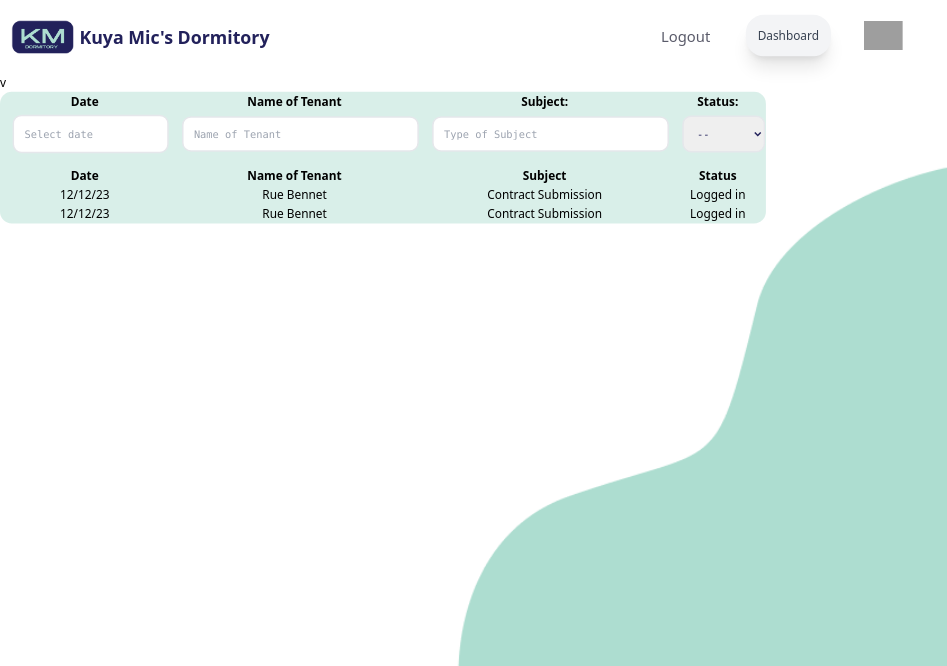
Repository: theamgri/Dormitory-Management-System
Page: logstatus.html
These files come from the project's save history. The page is drawn as it stood at one moment and after the next save; the edit follows.
The browser window is 1280 px wide. The pictures show the whole page, at 74% of full size.
Pictures or frames that could not be fetched are drawn as grey boxes. Some web libraries are served in a nearby version.

Above is the page before, as saved 2023-02-27 23:27:05.

### logstatus.html
<!DOCTYPE html>
<html lang="en">
<head>
    <script src="https://cdn.tailwindcss.com"></script>
    <script src="https://unpkg.com/flowbite@1.5.5/dist/datepicker.js"></script>
    <meta charset="UTF-8">
    <meta http-equiv="X-UA-Compatible" content="IE=edge">
    <meta name="viewport" content="width=device-width, initial-scale=1.0">
    <link rel="icon" type="image/x-icon" href="/assets/logo.png">
    <title>Tenant Log Status</title>


    <nav class="bg-white border-gray-200 px-2 lg:px-4 py-1 rounded dark:bg-gray-100">
        <div class="container flex flex-wrap items-center justify-between mx-auto">
          <a href="https://flowbite.com/" class="flex items-left">
              <img src="/assets/logo.png" class="h-11" alt="KM Logo" />
              <span class="self-center align-middle pl-2 text-2xl font-Montserrat font-bold whitespace-nowrap" style="color: #22215B">Kuya Mic's Dormitory </span>
          </a>

          <button data-collapse-toggle="navbar-default" type="button" class="inline-flex items-center p-2 ml-3 text-sm text-gray-500 rounded-lg md:hidden hover:bg-gray-100 focus:outline-none focus:ring-2 focus:ring-gray-200 dark:text-gray-400 dark:hover:bg-gray-700 dark:focus:ring-gray-600" aria-controls="navbar-default" aria-expanded="false">
          <svg class="w-6 h-6" aria-hidden="true" fill="currentColor" viewBox="0 0 20 20" xmlns="http://www.w3.org/2000/svg"><path fill-rule="evenodd" d="M3 5a1 1 0 011-1h12a1 1 0 110 2H4a1 1 0 01-1-1zM3 10a1 1 0 011-1h12a1 1 0 110 2H4a1 1 0 01-1-1zM3 15a1 1 0 011-1h12a1 1 0 110 2H4a1 1 0 01-1-1z" clip-rule="evenodd"></path></svg>
          </button>
          <div class="hidden w-full md:block md:w-auto" id="navbar-default">
            <ul class="flex flex-col p-4 mt-4 border border-gray-100 rounded-lg md:flex-row md:space-x-8 md:mt-0 md:text-sm md:font-medium md:border-0">
              <li>
                <a href="login.html" class="block bg-blue-700 font-Montserrat rounded text-xl md:bg-transparent md:text-blue-700 md:p-4" aria-current="page" style="color: #5A5B6A">Logout</a>
              </li>
              <li>
                <a href="home.html" class="block shadow-xl bg-gray-100 font-Montserrat rounded-3xl text-base md:text-gray-700 md:p-4" aria-current="page">Dashboard</a>
              </li>
              <li>
                <a href="#" class="block py-2 pl-3 pr-4" aria-current="page"><img src="https://icones.pro/wp-content/uploads/2021/02/icone-utilisateur-gris.png" class="h-1 mr-3 sm:h-10" alt="KM Logo" /></a>
              </li>
            </ul>
          </div>

        </div>
      </nav>
</head>
<body>
    <div class="w-full bg-cover bg-bottom" style="height: 50rem; background-image: url(/assets/background.png);">
        <table class="table-fixed" style="background-color: #adddd075; border-radius: 1rem;">
            <thead>
              <tr>
                <th>Date</th>
                <th>Name of Tenant</th>
                <th>Subject:</th>
                <th>Status:</th>
              </tr>
            </thead>

            <tbody>
              <tr>
                <td><input datepicker type="text" class="block border-2  font-mono mt-1 ml-4 mb-4 p-3.5 bg-gray-10 text-gray-900 sm:text-sm rounded-xl dark:bg-gray-100 dark:placeholder-gray-400" placeholder="Select date" style="color: #22215B;";></td>
                <td><input type="text" style="height: 3rem; width:20rem;" placeholder="Name of Tenant" class="block border-2  font-mono mt-1 ml-4 mb-4 p-3.5 bg-gray-10 text-gray-900 sm:text-sm rounded-xl dark:bg-gray-100 dark:placeholder-gray-400"></td>
                <td><input type="text" style="height: 3rem; width:20rem;" placeholder="Type of Subject" class="block border-2  font-mono mt-1 ml-4 mb-4 p-3.5 bg-gray-10 text-gray-900 sm:text-sm rounded-xl dark:bg-gray-100 dark:placeholder-gray-400"></td>
                <td><select class="block border-2  font-mono mt-1 ml-4 mb-4 p-3.5 bg-gray-10 text-gray-900 sm:text-sm rounded-xl dark:bg-gray-100 dark:placeholder-gray-400" style="color: #22215B;">
                    <option>--</option>
                    <option>Log in</option>
                    <option>Log out</option>
                </select></td>
            </tr>

            </tbody>
            <thead>
                <tr>
                    <th>Date</th>
                    <th>Name of Tenant</th>
                    <th>Subject</th>
                    <th>Status</th>
                  </tr>
            </thead>
            <tbody>
                <tr class="font-Montserrat">
                    <td class="text-center">12/12/23</td>
                    <td class="text-center">Rue Bennet</td>
                    <td class="text-center">Contract Submission</td>
                    <td class="text-center">Logged in</td>
                </tr>
                <tr>
                    <td class="text-center">12/12/23</td>
                    <td class="text-center">Rue Bennet</td>
                    <td class="text-center">Contract Submission</td>
                    <td class="text-center">Logged in</td>
                </tr>v
            </tbody>
          </table>




          </div>
</body>
</html>

After the next save:
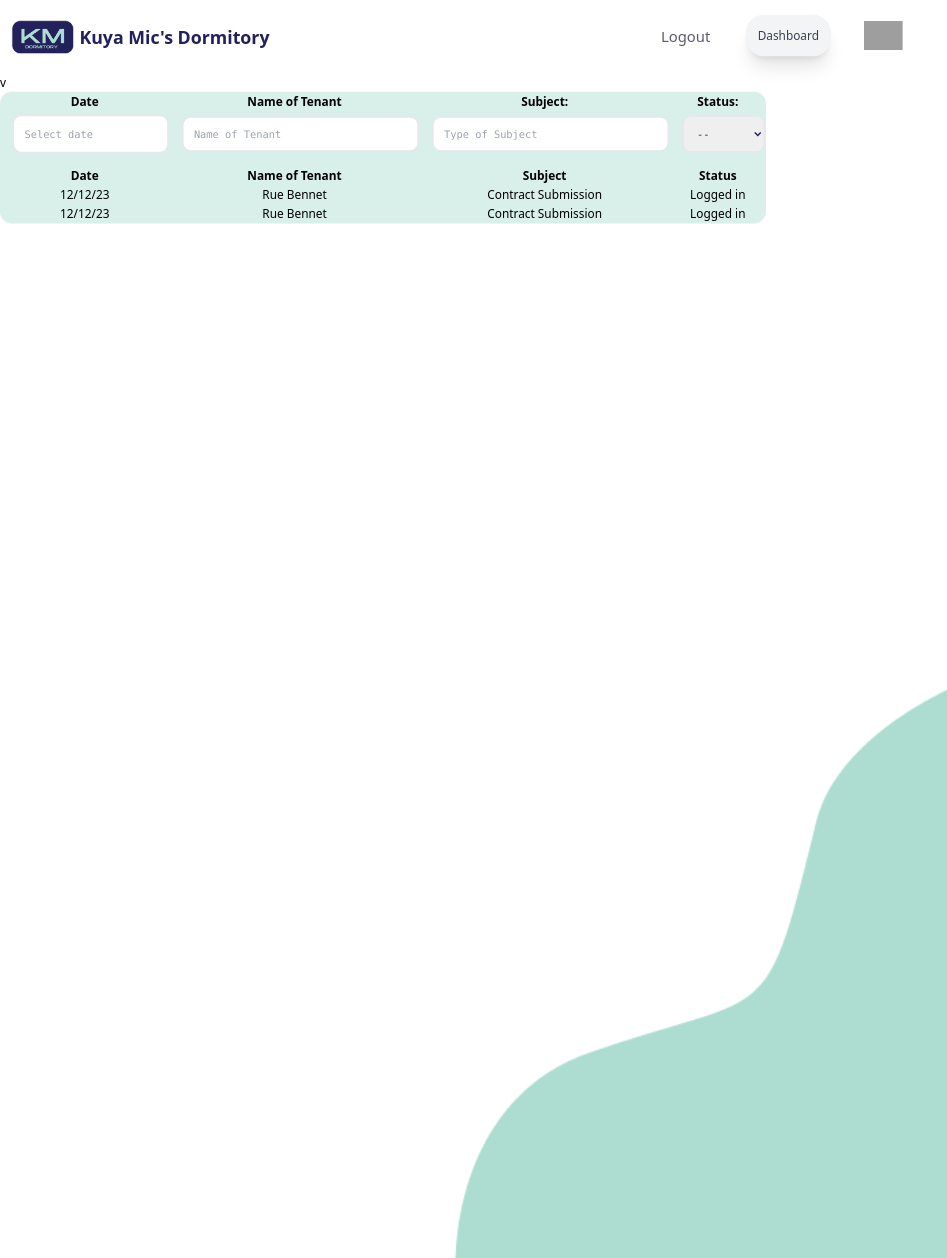
Saved 13 s later.
--- a/logstatus.html
+++ b/logstatus.html
@@ -38,7 +38,7 @@
       </nav>
 </head>
 <body>
-    <div class="w-full bg-cover bg-bottom" style="height: 50rem; background-image: url(/assets/background.png);">
+    <div class="w-full bg-cover bg-bottom" style="height: 100rem; background-image: url(/assets/background.png);">
         <table class="table-fixed" style="background-color: #adddd075; border-radius: 1rem;">
             <thead>
               <tr>
